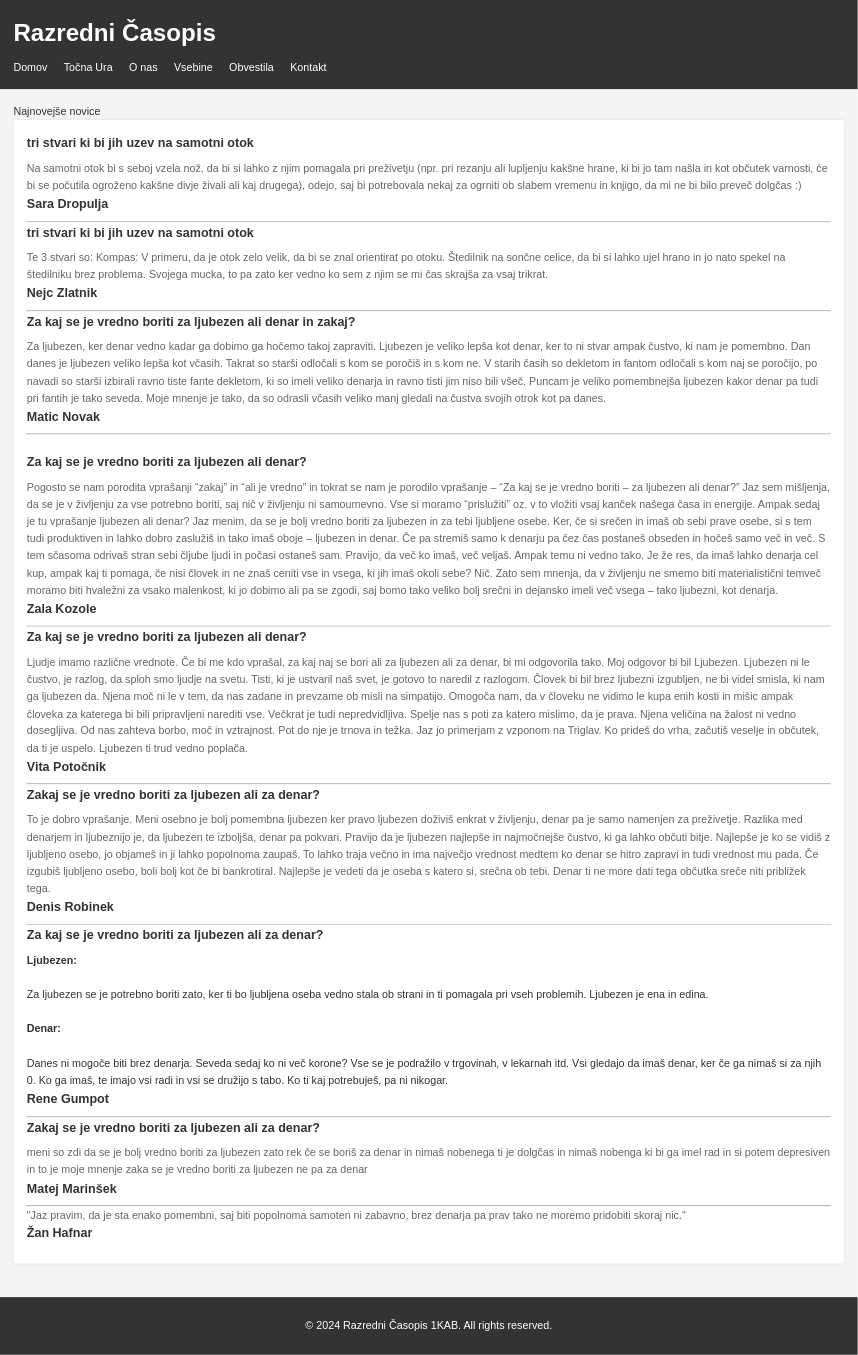
Repository: razrednicasopis/razrednicasopis.github.io
Page: Resources/index.html
These files come from the project's save history. The page is drawn as it stood at one moment and after the next save; the edit follows.
The browser window is 1280 px wide. The pictures show the whole page, at 67% of full size.

Above is the page before, as saved 2024-03-08 08:13:32.

### Resources/index.html
<!DOCTYPE html>
<html lang="en">
<head>
  <meta charset="UTF-8">
  <meta name="viewport" content="width=device-width, initial-scale=1.0">
  <link rel="stylesheet" href="styless.css">
  <link rel="stylesheet" href="system.css">
  <title>Razredni Časopis</title>
</head>
<body>
<div class="blur-container">
<header>
  <h1>Razredni Časopis</h1>
  <nav>
    <ul>
      <li><a href="#">Domov</a></li>
      <li><a href="Ura.html">Točna Ura</a></li>
      <li><a href="o-nas.html">O nas</a></li>
      <li><a href="vsebine.html">Vsebine </a></li>
      <li><a href="obvestila.html">Obvestila</a></li>
      <li><a href="#" class="showPopupLink">Kontakt</a></li>
    </ul>
  </nav>
</header>


<main>
  <section class="novice"
    <h2>Najnovejše novice</h2>
    <article>
      <h3>tri stvari ki bi jih uzev na samotni otok</h3>
      <p>Na samotni otok bi s seboj vzela nož, da bi si lahko z njim pomagala pri preživetju (npr. pri rezanju ali lupljenju kakšne hrane, ki bi jo tam našla in kot občutek varnosti, če bi se počutila ogroženo kakšne divje živali ali kaj drugega), odejo, saj bi potrebovala nekaj za ogrniti ob slabem vremenu in knjigo, da mi ne bi bilo preveč dolgčas :)

</p>
<h3>Sara Dropulja</h3>
<hr>
      <h3>tri stvari ki bi jih uzev na samotni otok</h3>
            <p>Te 3 stvari so:
Kompas: V primeru, da je otok zelo velik, da bi se znal orientirat po otoku.
Štedilnik na sončne celice, da bi si lahko ujel hrano in jo nato spekel na štedilniku brez problema.
Svojega mucka, to pa zato ker vedno ko sem z njim se mi čas skrajša za vsaj trikrat.
<h3>Nejc Zlatnik</h3>
</p>
<hr>
<h3>Za kaj se je vredno boriti za ljubezen ali denar in zakaj?</h3>
  <p>Za ljubezen, ker denar vedno kadar ga dobimo ga hočemo takoj zapraviti. Ljubezen je veliko lepša kot denar, ker to ni stvar ampak čustvo, ki nam je pomembno. Dan danes je ljubezen veliko lepša kot včasih. Takrat so starši odločali s kom se poročiš in s kom ne. V starih časih so dekletom in fantom odločali s kom naj se poročijo, po navadi so starši izbirali ravno tiste fante dekletom, ki so imeli veliko denarja in ravno tisti jim niso bili všeč. Puncam je veliko pomembnejša ljubezen kakor denar pa tudi pri fantih je tako seveda. Moje mnenje je tako, da so odrasli včasih veliko manj gledali na čustva svojih otrok kot pa danes.

<h3>Matic Novak</h3></p>

<hr>
<br>
<h3>Za kaj se je vredno boriti za ljubezen ali denar?
</h3>
<p>Pogosto se nam porodita vprašanji “zakaj” in “ali je vredno” in tokrat se nam je porodilo vprašanje – “Za kaj se je vredno boriti – za ljubezen ali denar?”
Jaz sem mišljenja, da se je v življenju za vse potrebno boriti, saj nič v življenju ni samoumevno. Vse si moramo “prislužiti” oz. v to vložiti vsaj kanček našega časa in energije.
Ampak sedaj je tu vprašanje ljubezen ali denar? Jaz menim, da se je bolj vredno boriti za ljubezen in za tebi ljubljene osebe. Ker, če si srečen in imaš ob sebi prave osebe, si s tem tudi produktiven in lahko dobro zaslužiš in tako imaš oboje – ljubezen in denar.
Če pa stremiš samo k denarju pa čez čas postaneš obseden in hočeš samo več in več. S tem sčasoma odrivaš stran sebi čljube ljudi in počasi ostaneš sam.
Pravijo, da več ko imaš, več veljaš. Ampak temu ni vedno tako. Je že res, da imaš lahko denarja cel kup, ampak kaj ti pomaga, če nisi človek in ne znaš ceniti vse in vsega, ki jih imaš okoli sebe? Nič. Zato sem mnenja, da v življenju ne smemo biti materialistični temveč moramo biti hvaležni za vsako malenkost, ki jo dobimo ali pa se zgodi, saj bomo tako veliko bolj srečni in dejansko imeli več vsega – tako ljubezni, kot denarja.<br>
<h3>Zala Kozole</h3>
</p>
<hr>
<h3>Za kaj se je vredno boriti za ljubezen ali denar?</h3>
<p>Ljudje imamo različne vrednote. Če bi me kdo vprašal, za kaj naj se bori ali za ljubezen ali za denar, bi mi odgovorila tako. Moj odgovor bi bil Ljubezen.
Ljubezen ni le čustvo, je razlog, da sploh smo ljudje na svetu. Tisti, ki je ustvaril naš svet, je gotovo to naredil z razlogom. Človek bi bil brez ljubezni izgubljen, ne bi videl smisla, ki nam ga ljubezen da. Njena moč ni le v tem, da nas zadane in prevzame ob misli na simpatijo. Omogoča nam, da v človeku ne vidimo le kupa enih kosti in mišic ampak človeka za katerega bi bili pripravljeni narediti vse. Večkrat je tudi nepredvidljiva. Spelje nas s poti za katero mislimo, da je prava. Njena veličina na žalost ni vedno dosegljiva. Od nas zahteva borbo, moč in vztrajnost. Pot do nje je trnova in težka. Jaz jo primerjam z vzponom na Triglav. Ko prideš do vrha, začutiš veselje in občutek, da ti je uspelo. Ljubezen ti trud vedno poplača.
</p>
      <h3>Vita Potočnik</h3>
      <hr>
      <h3>Zakaj se je vredno boriti za ljubezen ali za denar?
</h3>
<P>To je dobro vprašanje. Meni osebno je bolj pomembna ljubezen ker pravo ljubezen doživiš enkrat v življenju, denar pa je samo namenjen za preživetje. Razlika med denarjem in ljubeznijo je, da ljubezen te izboljša, denar pa pokvari. Pravijo da je ljubezen najlepše in najmočnejše čustvo, ki ga lahko občuti bitje. Najlepše je ko se vidiš z ljubljeno osebo, jo objameš in ji lahko popolnoma zaupaš. To lahko traja večno in ima največjo vrednost medtem ko denar se hitro zapravi in tudi vrednost mu pada. Če izgubiš ljubljeno osebo, boli bolj kot če bi bankrotiral. Najlepše je vedeti da je oseba s katero si, srečna ob tebi. Denar ti ne more dati tega občutka sreče niti približek tega.</P>
<h3>Denis Robinek</h3>
<hr>
<h3>Za kaj se je vredno boriti za ljubezen ali za denar?</h3>
<p><h4>Ljubezen:</h4><br>
Za ljubezen se je potrebno boriti zato, ker ti bo ljubljena oseba vedno stala ob strani in ti pomagala pri vseh problemih. Ljubezen je ena in edina.<br>
<br>
<h4>Denar:</h4>
<br>
Danes ni mogoče biti brez denarja. Seveda sedaj ko ni več korone? Vse se je podražilo v trgovinah, v lekarnah itd. Vsi gledajo da imaš denar, ker če ga nimaš si za njih 0. Ko ga imaš, te imajo vsi radi in vsi se družijo s tabo. Ko ti kaj potrebuješ, pa ni nikogar.
<h3>Rene Gumpot</h3></p>
<hr>
<h3>Zakaj se je vredno boriti za ljubezen ali za denar?</h3>
<p>meni so zdi da se je bolj vredno boriti za ljubezen zato rek če se boriš
za denar in nimaš nobenega ti je dolgčas in nimaš nobenga ki bi ga imel rad in si potem depresiven
in to je moje mnenje zaka se je vredno boriti za ljubezen ne pa za denar

<h3>Matej Marinšek</h3></p>
<hr>
    <p>"Jaz pravim, da je sta enako pomembni, saj biti popolnoma samoten ni zabavno, brez denarja pa prav tako ne moremo pridobiti skoraj nic."

<h3>Žan Hafnar</h3></p>


    </article>
    <!-- Dodaj več novic -->
  </section>
</main>


<footer>
  <p>&copy; 2024 Razredni Časopis 1KAB. All rights reserved.
  </footer>

</div>

<!--Od tu naprej je koda za razne stvari kot so popupi-->

<div id="popupContainer">
  <div id="popupContent">
      <h1><b>NEDOSEGLJIVE VSEBINE</b></h1>
      <p>Te vsebine bodo na voljo v naslednjih verzijah strani.
      <p>Obiščite <a href="obvestila.html">obvestila</a> za več novic.<p><br>
      <button id="closePopupBtn">V redu</button>
  </div>
</div>

<div id="maintenancePopup">
    <div id="maintenancePopupContent">
      <h1>POVEZAVA IZGUBLJENA</h1>
      <p>Povezava z strežnikom izgubljena zaradi vzdrževanja strani. Prosimo osvežite stran.</p>
      <button id="closeMaintenancePopupBtn">Osveži</button>
    </div>
</div>


<script src="alerts.js"></script>
<script src="maintenancemode.js"></script>

</body>
</html>

### Resources/styless.css
* {
  margin: 0;
  padding: 0;
  box-sizing: border-box;
}

/* Globalni slogi */
body {
  font-family: Arial, sans-serif;
  line-height: 1.6;
  background-color: #f4f4f4;
  color: #333;
  margin: 0;
  padding: 0;
  max-height: 100vh;
}


.container {
    text-align: center;
    margin-top: 50px;
}

.border-box {
    display: inline-block;
    padding: 200px;
    width: 550px;
    height: 500px;
    border: 5px solid #333; /* Set your desired border color */
    border-radius: 30px; /* Set the border radius for slightly curved corners */
    background-color: #333; /* Set your desired background color inside the border */
}

header {
  background: #333;
  color: #fff;
  padding: 20px;
}

header h1 {
  margin-bottom: 10px;
  font-size: 36px;
}

nav ul {
  list-style: none;
}

nav ul li {
  display: inline;
  margin-right: 20px;
}

nav ul li a {
  color: #fff;
  text-decoration: none;
}

main {
  padding: 20px;
}

section {
  margin-bottom: 30px;
}

section h2 {
  margin-bottom: 15px;
}

article {
  background: #fff;
  padding: 20px;
  border-radius: 5px;
  box-shadow: 0 0 5px rgba(0, 0, 0, 0.1);
}

article h3 {
  margin-bottom: 10px;
}

article p {
  color: #666;
}

article a {
  display: inline-block;
  margin-top: 10px;
  text-decoration: none;
  color: #333;
  border-bottom: 1px solid #333;
  padding-bottom: 2px;
}

article a:hover {
  color: #000;
  border-color: #000;
}



footer {
  text-align: center;
  padding: 30px;
  background-color: #333;
  color: #fff;
  position: absolute;
  bottom: auto;
  width: 100%;
  text-align: center;
}

### Resources/system.css
/* Koda za "Coming Soon" pop-up */

#popupContainer {
    display: none;
    position: fixed;
    top: 50%;
    left: 50%;
    transform: translate(-50%, -50%);
    background-color: #ffffff;
    box-shadow: 0 4px 8px rgba(0, 0, 0, 0.1);
    padding: 20px;
    border-radius: 10px;
    text-align: center;
    z-index: top;
  }

  #popupContent {
    max-width: 400px;
    margin: 0 auto;
  }

  #closePopupBtn {
    background-color: #3498db;
    color: #ffffff;
    padding: 10px 15px;
    border: none;
    border-radius: 5px;
    cursor: pointer;
  }

  #closePopupBtn:hover {
      background-color: #4da8e1;
  }

  #showPopupLink {
    display: inline-block;
    padding: 10px 15px;
    color: #ffffff;
    text-decoration: none;
    border-radius: 5px;
    cursor: pointer;
  }

body.popup-open {
   overflow: hidden;
}

.popup-open .blur-container {
  filter: blur(5px); /* Apply blur effect only when popup is open */
  pointer-events: none;
}

#maintenancePopup {
  display: none;
  position: fixed;
  top: 50%;
  left: 50%;
  transform: translate(-50%, -50%);
  background-color: #ffffff;
  box-shadow: 0 4px 8px rgba(0, 0, 0, 0.1);
  padding: 20px;
  border-radius: 10px;
  text-align: center;
  z-index: 999;
}

#maintenancePopupContent {
  max-width: 400px;
  margin: 0 auto;
}

#closeMaintenancePopupBtn {
  background-color: #3498db;
  color: #ffffff;
  padding: 10px 15px;
  border: none;
  border-radius: 5px;
  cursor: pointer;
  margin-top: 20px;
}

#closeMaintenancePopupBtn:hover {
  background-color: #4da8e1;
}

/* Koda za "Kontakt" obrazec */

#contactform {
    align-self: center;
    }

    .formcontainer {
      text-align: center;
      margin-top: 50px;
      display: flex;
      justify-content: center;
      align-items: flex-start; /* Align items at the top */
  }

  .border-box {
      display: inline-block;
      padding: 20px;
      width: 550px;
      height: 500px;
      border: 5px solid #333; /* Set your desired border color */
      border-radius: 30px; /* Set the border radius for slightly curved corners */
      background-color: #333; /* Set your desired background color inside the border */
  }

  form input,
form textarea {
    width: calc(100% - 40px); /* Adjusted width with a bit of padding on each side */
    padding: 10px; /* Increased padding for better readability */
    margin-bottom: 5px; /* Increased spacing between input areas */
    margin-top: 25px; /* Move input areas slightly lower */
    height: 40px; /* Increased height to make input areas bigger */
}

form select{
width: calc(100% - 40px); /* Adjusted width with a bit of padding on each side */
padding: 10px; /* Increased padding for better readability */
margin-bottom: 5px;
margin-top: 20px; /* Move input areas slightly lower */
height: 40px; /* Height of input areas */
border: 1px solid #ccc; /* Border style */
border-radius: 5px; /* Border radius */
font-size: 16px; /* Font size */
}

form textarea {
  height: 120px;
}

/* Form Submit Button Styles */

/* Your existing CSS code */
/* Koda za "Coming Soon" pop-up */

#popupContainer {
  display: none;
  position: fixed;
  top: 50%;
  left: 50%;
  transform: translate(-50%, -50%);
  background-color: #ffffff;
  box-shadow: 0 4px 8px rgba(0, 0, 0, 0.1);
  padding: 20px;
  border-radius: 10px;
  text-align: center;
  z-index: top;
}


#popupContent {
  max-width: 400px;
  margin: 0 auto;
}

#closePopupBtn {
  background-color: #3498db;
  color: #ffffff;
  padding: 10px 15px;
  border: none;
  border-radius: 5px;
  cursor: pointer;
}

#closePopupBtn:hover {
    background-color: #4da8e1;
}

#showPopupLink {
  display: inline-block;
  padding: 10px 15px;
  color: #ffffff;
  text-decoration: none;
  border-radius: 5px;
  cursor: pointer;
}

body.popup-open {
 overflow: hidden;
}

body.blur {
filter: blur(5px);
pointer-events: none;
z-index: 1;
}

/* Koda za "Kontakt" obrazec */

#contactform {
  align-self: center;
}

.formcontainer {
  text-align: center;
  margin-top: 50px;
  display: flex;
  justify-content: center;
  align-items: flex-start; /* Align items at the top */
}

.border-box {
  display: inline-block;
  padding: 20px;
  width: 550px;
  height: 500px;
  border: 5px solid #333; /* Set your desired border color */
  border-radius: 30px; /* Set the border radius for slightly curved corners */
  background-color: #333; /* Set your desired background color inside the border */
}

form input,
form textarea {
  width: calc(100% - 40px); /* Adjusted width with a bit of padding on each side */
  padding: 10px; /* Increased padding for better readability */
  margin-bottom: 5px; /* Increased spacing between input areas */
  margin-top: 25px; /* Move input areas slightly lower */
  height: 40px; /* Increased height to make input areas bigger */
}

form select{
width: calc(100% - 40px); /* Adjusted width with a bit of padding on each side */
padding: 10px; /* Increased padding for better readability */
margin-bottom: 5px;
margin-top: 20px; /* Move input areas slightly lower */
height: 40px; /* Height of input areas */
border: 1px solid #ccc; /* Border style */
border-radius: 5px; /* Border radius */
font-size: 16px; /* Font size */
}

form textarea {
height: 120px;
}

/* Combined CSS for Blob Button */

*, *:before, *:after {
  box-sizing: border-box;
  margin: 0;
  padding: 0;
}

.buttons {
  margin-top: 2 0px;
  text-align: center;
  border-radius: 30px;
}

.blob-btn {
  z-index: 1;
  position: relative;
  padding: 20px 150px;
  margin-bottom: 40px;
  margin-top: 10px;
  text-align: center;
  text-transform: uppercase;
  color: #0505A9;
  font-size: 16px;
  font-weight: bold;
  background-color: transparent;
  outline: none;
  border: none;
  transition: color 0.5s;
  cursor: pointer;
  border-radius: 30px;
}
.blob-btn:before {
  content: "";
  z-index: 1;
  position: absolute;
  left: 0;
  top: 0;
  width: 100%;
  height: 100%;
  border: 2px solid #0505A9;
  border-radius: 30px;
}
.blob-btn:after {
  content: "";
  z-index: -2;
  position: absolute;
  left: 3px;
  top: 3px;
  width: 100%;
  height: 100%;
  transition: all 0.3s 0.2s;
  border-radius: 30px;
}
.blob-btn:hover {
  color: #FFFFFF;
  border-radius: 30px;
}
.blob-btn:hover:after {
  transition: all 0.3s;
  left: 0;
  top: 0;
  border-radius: 30px;
}
.blob-btn__inner {
  z-index: -1;
  overflow: hidden;
  position: absolute;
  left: 0;
  top: 0;
  width: 100%;
  height: 100%;
  border-radius: 30px;
  background: #ffffff;
}
.blob-btn__blobs {
  position: relative;
  display: block;
  height: 100%;
  filter: url("#goo");
}
.blob-btn__blob {
  position: absolute;
  top: 2px;
  width: 30%;
  height: 100%;
  background: #0505A9;
  border-radius: 100%;
  transform: translate3d(0, 150%, 0) scale(1.7);
  transition: transform 0.45s;
}
@supports (filter: url("#goo")) {
  .blob-btn__blob {
    transform: translate3d(0, 150%, 0) scale(1.4);
  }
}
.blob-btn__blob:nth-child(1) {
  left: 0%;
  transition-delay: 0s;
}
.blob-btn__blob:nth-child(2) {
  left: 30%;
  transition-delay: 0.08s;
}
.blob-btn__blob:nth-child(3) {
  left: 60%;
  transition-delay: 0.16s;
}
.blob-btn__blob:nth-child(4) {
  left: 90%;
  transition-delay: 0.24s;
}
.blob-btn:hover .blob-btn__blob {
  transform: translateZ(0) scale(1.7);
}

/* Define the keyframes for the pulse effect */
@keyframes pulse {
  0% {
    box-shadow: 0 0 0 0 rgba(255, 255, 255, 0.7); /* Initial box shadow color, adjust to match button color */
  }
  50% {
    box-shadow: 0 0 0 20px rgba(255, 255, 255, 0); /* Intermediate box shadow color */
  }
  100% {
    box-shadow: 0 0 0 0 rgba(255, 255, 255, 0); /* Final box shadow color */
  }
}

/* Apply the animation to the button when it's clicked or focused */
.blob-btn:active, .blob-btn:focus {
  animation: pulse 0.3s ease-in-out; /* Adjust the duration to control the pulse speed */
}

@supports (filter: url("#goo")) {
  .blob-btn:hover .blob-btn__blob {
    transform: translateZ(0) scale(1.5);
  }
}

/* CSS za uro */

.clock {

  font-size: 3em;
}

/*CSS za vse stranske nav skupine razen za glavno */

.seznamvsebin {
  display: inline-block;
  vertical-align: bottom;
  width: calc(20% - 4px); /* Adjust width to accommodate border */
  box-sizing: border-box;
  margin: 40px;
  border: 3px solid #000; /* Border thickness */
  height: 750px; /* Set desired height */
  /* Additional styling for seznamvsebin if needed */
  background-color: #f2f2f2;

}

.seznamvsebin nav {
    justify-content: center;
    padding: 30px;

}

.seznamvsebin nav a {
      display: inline-block;
      padding: 5px 10px;
      color: #000000;
      text-align: center;
      text-decoration: none;
      margin-bottom: 5px;
      border: 2px, transparent;
      border-radius: 5px;
      transition: linear, border 0.1s linear;
      font-weight: bold;
}


.seznamvsebin nav a:hover {
    background-color: #e0e0e0;
    border: 2px solid #000000
}

.NoviceContent {
  float: right; /* Align to the right */
  width: calc(80% - 250px); /* Adjusted width */
  box-sizing: border-box;
  margin-top: 100px;
}

.NoviceContent p {
  margin-bottom: 20px;
}

/* Pravila Obrazca CSS */

.pravilaobrazca {
  height: 630px;
}

.pravilaobrazca_opozorilo {
  margin-top: 275px; /* Keeps this div at the bottom */
  color: #666; /* Change text color if desired */
}

/* Random CSS */

/* CSS for the admin credits list */

.creditscontainer {
  display: flex;
  flex-wrap: wrap;
}

.creditslist {
  flex: 1;
  margin: 10px;
  padding: 0;
  list-style-type: none;
}

.creditslist li {
  margin-bottom: 5px;
}

### Resources/alerts.js
 document.addEventListener('DOMContentLoaded', function () {
        document.querySelectorAll('.showPopupLink').forEach(function (link) {
            link.addEventListener('click', function (event) {
                event.preventDefault();
                document.getElementById('popupContainer').style.display = 'block';
                document.body.classList.add('popup-open');
            });
        });

        document.getElementById('closePopupBtn').addEventListener('click', function () {
            document.getElementById('popupContainer').style.display = 'none';
            document.body.classList.remove('popup-open');
        });
    });

    //Maintenance mode pop-up

    document.addEventListener('DOMContentLoaded', function ()  {
        function toggleMaintenancePopup(show) {
            var maintenancePopup = document.getElementById('maintenancePopup');
            if (maintenancePopup) {
                maintenancePopup.style.display = show ? 'block' : 'none';
                document.body.classList.toggle('popup-open', show);
                console.log(Error);
            }
        }


    function checkMaintenanceStatus() {
        setInterval(function () {


            toggleMaintenancePopup(maintenanceMode);

        }, 1000);
    }

    document.getElementById('closeMaintenancePopupBtn').addEventListener('click', function ()  {
        location.reload();
    });

    checkMaintenanceStatus();
});

### Resources/maintenancemode.js
var maintenanceMode = false;

After the next save:
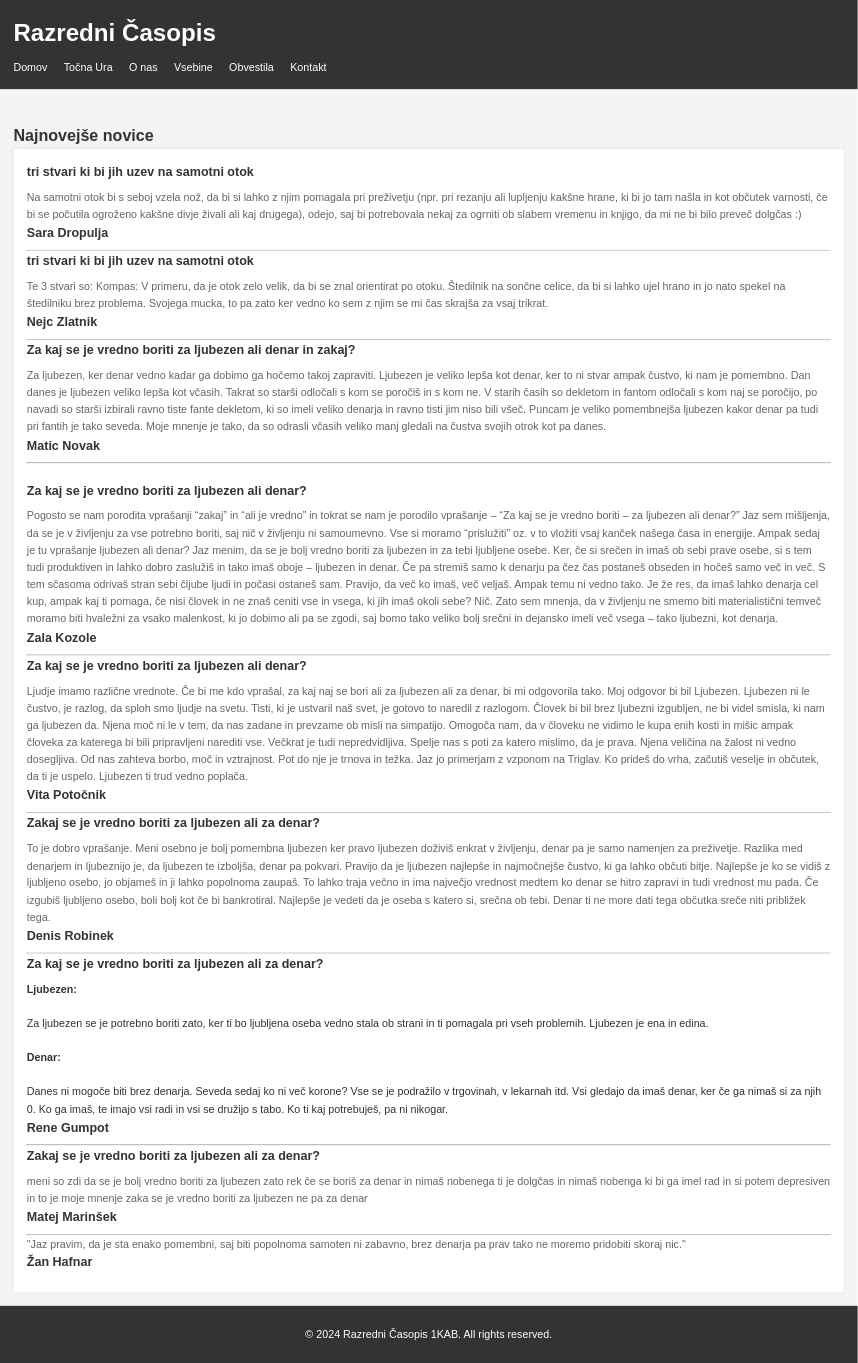
Saved 8 s later.
--- a/Resources/index.html
+++ b/Resources/index.html
@@ -25,7 +25,7 @@
 
 
 <main>
-  <section class="novice"
+  <section class="novice"></section>
     <h2>Najnovejše novice</h2>
     <article>
       <h3>tri stvari ki bi jih uzev na samotni otok</h3>
